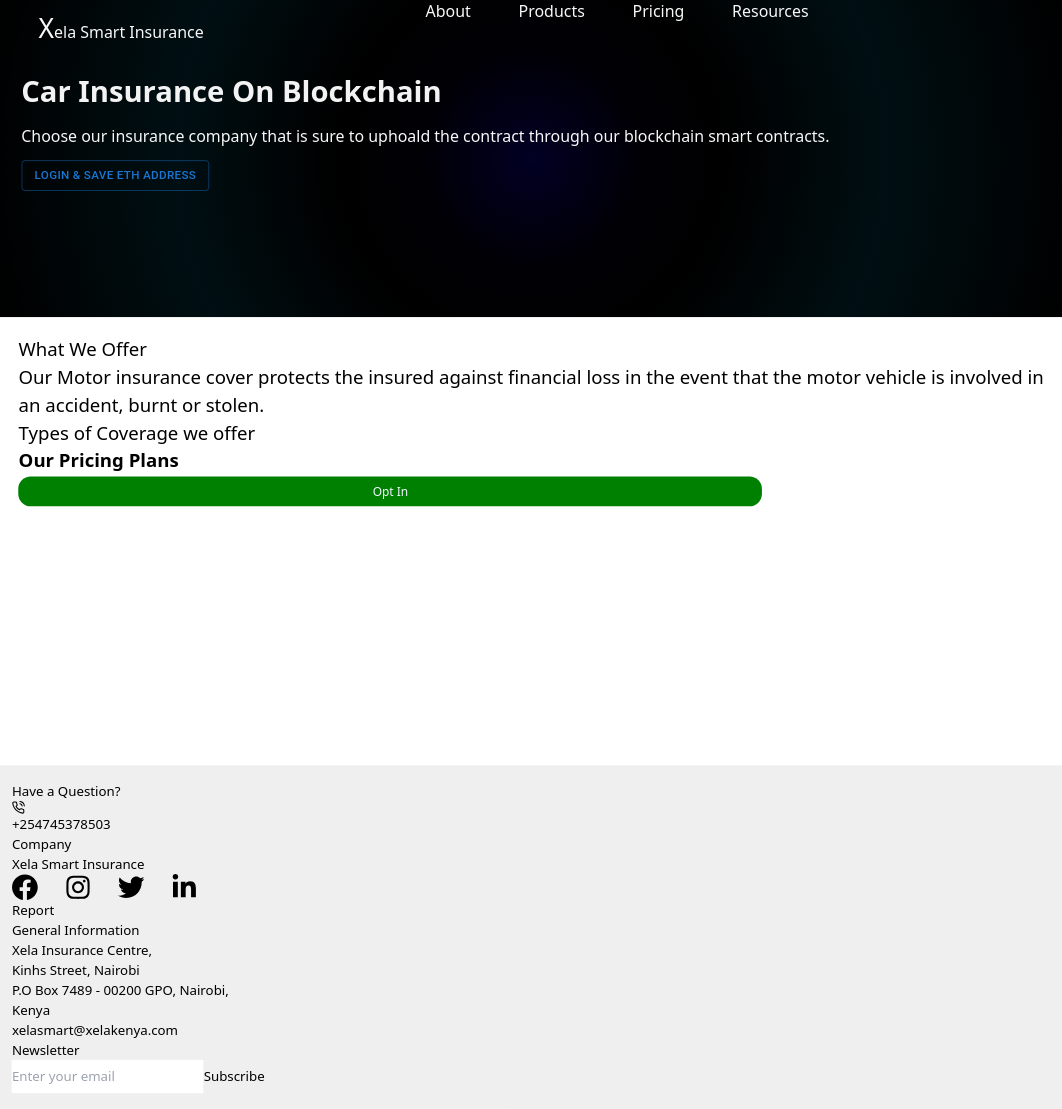
Repository: ALVIN-OBONYO/Xela-smart_insuarance
Page: / (app in frontend/)
The author's editor kept a copy of each file at every save. The page is drawn from the files as they stood at one save, then again after the next save.
The browser window is 1280 px wide. The pictures show the whole page, at 83% of full size.
The project was rebuilt for these pictures with package versions that can differ from the ones it lists, and the page was loaded fresh each time. Also part of the build but not shown: frontend/src/Pages/Policies.jsx, frontend/src/Components/Calendar.css, frontend/src/Components/Calendar.jsx, frontend/src/Components/Input.js, frontend/src/Components/Upload.css, frontend/src/Components/Upload.js, frontend/src/Pages/ReportForm.jsx, frontend/src/Pages/Report.jsx and 2 more.

Above is the page before, as saved 2022-10-03 14:54:30.

After the next save:
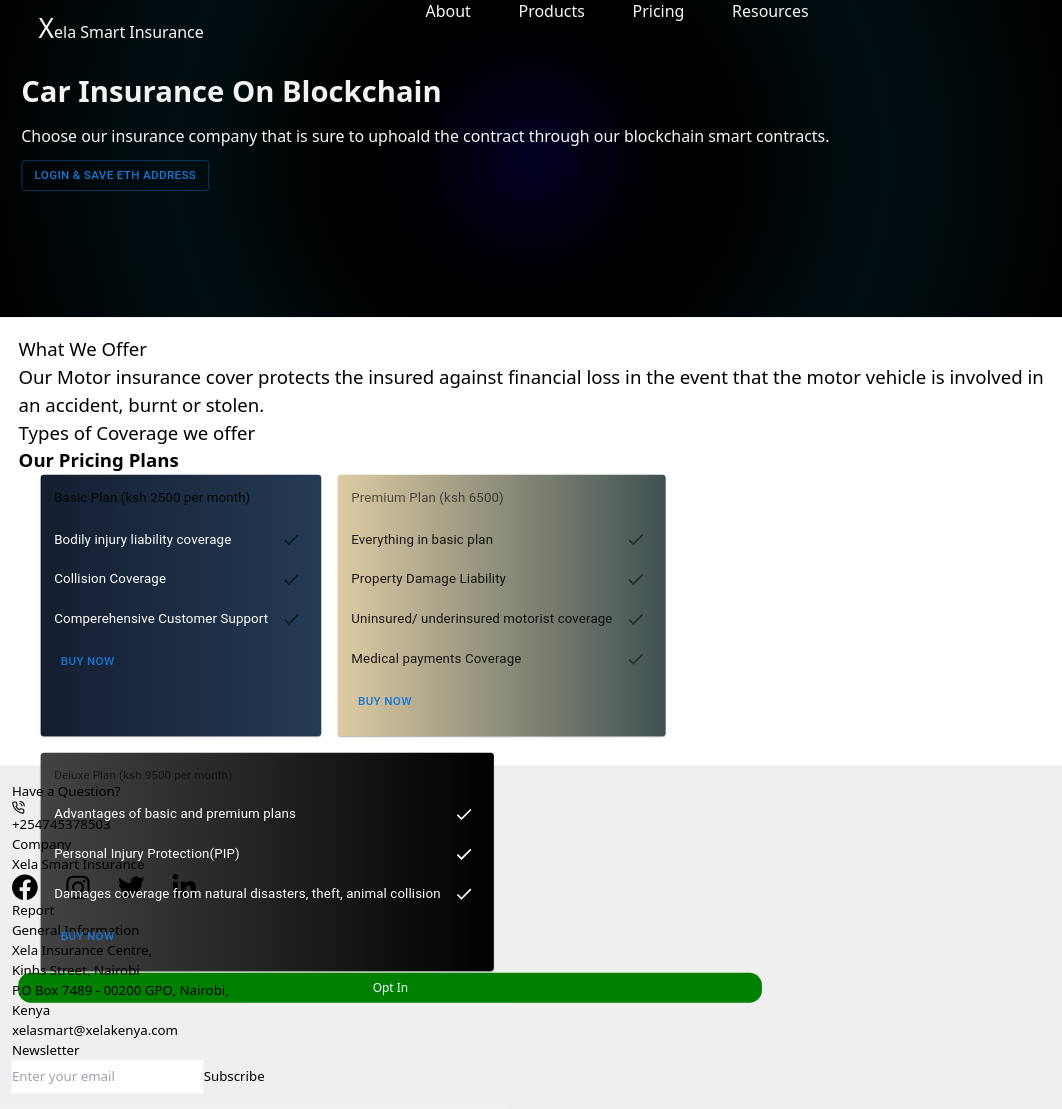
Saved 34 s later.
--- a/frontend/src/Pages/Entrypage.jsx
+++ b/frontend/src/Pages/Entrypage.jsx
@@ -111,7 +111,7 @@ const Entrypage = () => {
 
 <b>Our Pricing Plans</b>
 </p>
-
+<PlanCard />
             <Link to="/policy"><button id="buy-policy" onClick={getContractSymbol}>Opt In</button></Link>
         </div>
         <div id="footer">
